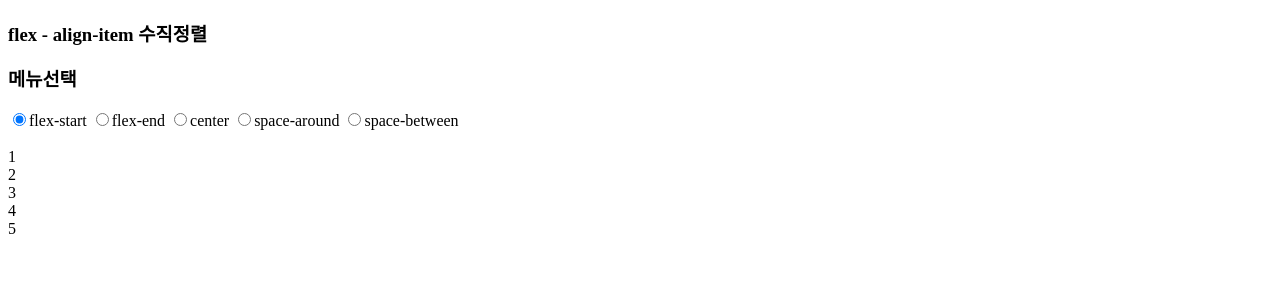
Repository: seonyeob94/BasicWeb
Page: webpro/src/main/webapp/0314/flex_수직정렬.html
An editor plug-in stored every save of this project. The page is shown before and after the next save, followed by the edit.
The browser window is 1280 px wide. The pictures show the whole page.

Above is the page before, as saved 2025-03-14 00:35:17.

### webpro/src/main/webapp/0314/flex_수직정렬.html
<!DOCTYPE html>
<html>
<head>
<meta charset="UTF-8">
<title>Insert title here</title>
</head>
<body>
<h3>flex - align-item 수직정렬</h3>
<h3>메뉴선택</h3>
<form action="">
  <label><input onclick="flexJustify(this)" type="radio" name="fdtype" value="flex-start" checked>flex-start</label>
  <label><input onclick="flexJustify(this)" type="radio" name="fdtype" value="flex-end">flex-end</label>
  <label><input onclick="flexJustify(this)" type="radio" name="fdtype" value="center">center</label>
  <label><input onclick="flexJustify(this)" type="radio" name="fdtype" value="space-around">space-around</label>
  <label><input onclick="flexJustify(this)" type="radio" name="fdtype" value="space-between">space-between</label>
</form>
<br>
<div id="container">
  <div>1</div>
  <div>2</div>
  <div>3</div>
  <div>4</div>
  <div>5</div>
</div>
</body>
</html>

After the next save:
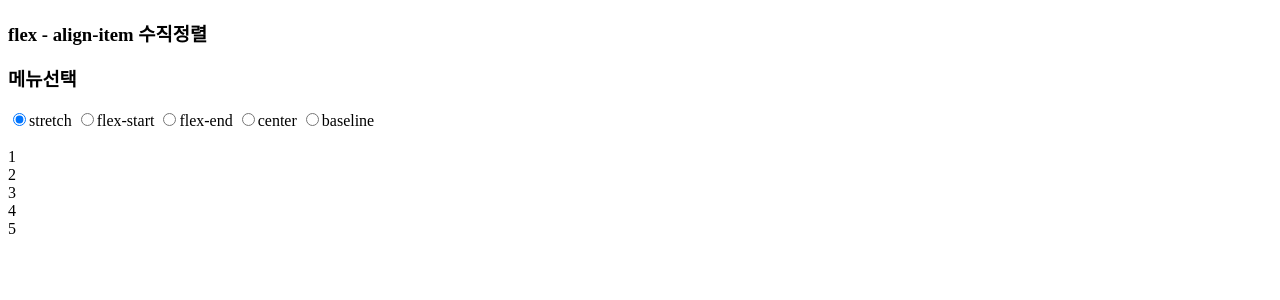
Saved 2 min 47 s later.
--- a/webpro/src/main/webapp/0314/flex_수직정렬.html
+++ b/webpro/src/main/webapp/0314/flex_수직정렬.html
@@ -8,11 +8,11 @@
 <h3>flex - align-item 수직정렬</h3>
 <h3>메뉴선택</h3>
 <form action="">
-  <label><input onclick="flexJustify(this)" type="radio" name="fdtype" value="flex-start" checked>flex-start</label>
+  <label><input onclick="flexJustify(this)" type="radio" name="fdtype" value="stretch" checked>stretch</label>
+  <label><input onclick="flexJustify(this)" type="radio" name="fdtype" value="flex-start">flex-start</label>
   <label><input onclick="flexJustify(this)" type="radio" name="fdtype" value="flex-end">flex-end</label>
   <label><input onclick="flexJustify(this)" type="radio" name="fdtype" value="center">center</label>
-  <label><input onclick="flexJustify(this)" type="radio" name="fdtype" value="space-around">space-around</label>
-  <label><input onclick="flexJustify(this)" type="radio" name="fdtype" value="space-between">space-between</label>
+  <label><input onclick="flexJustify(this)" type="radio" name="fdtype" value="baseline">baseline</label>
 </form>
 <br>
 <div id="container">
